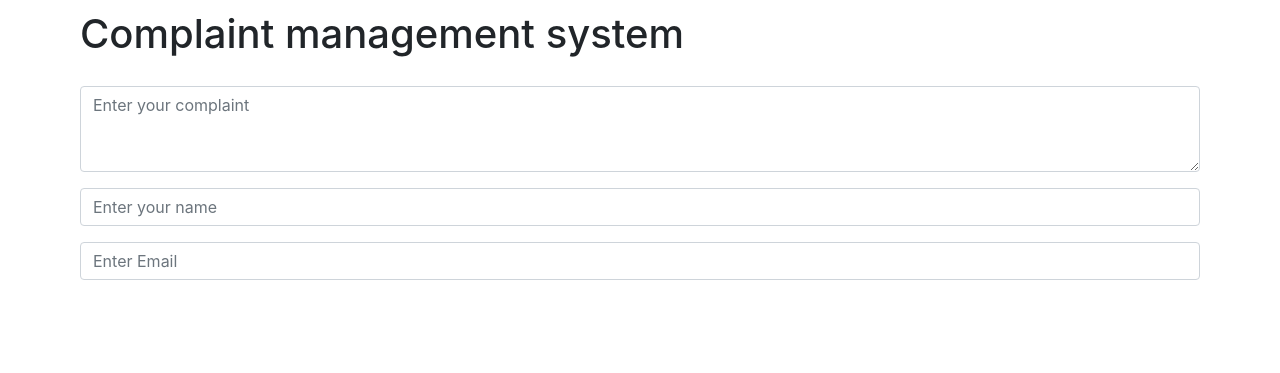
Repository: mkejeiri/Java-Entreprise
Page: http://localhost/complaintsystem/helloWorld
These files come from the project's save history. The page is drawn as it stood at one moment and after the next save; the edit follows.
The browser window is 1280 px wide. The pictures show the whole page.
The page is served by Tomcat 9.

Above is the page before, as saved 2018-05-10 19:23:46.

After the next save:
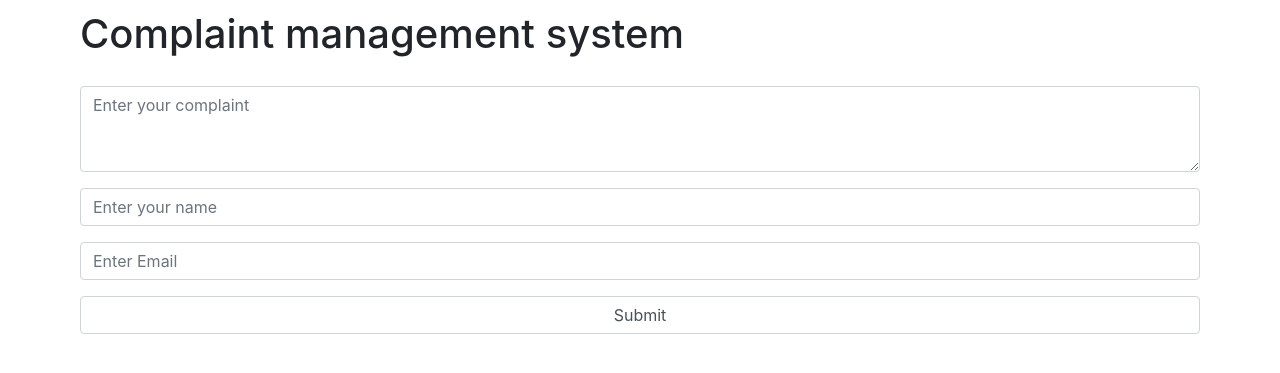
Saved 39 s later.
--- a/complaintsystem/complaintsystem/WebContent/WEB-INF/HelloWorld.jsp
+++ b/complaintsystem/complaintsystem/WebContent/WEB-INF/HelloWorld.jsp
@@ -27,6 +27,9 @@
 			<div class="form-group">
 			    <input type="email" class="form-control" name="email" placeholder="Enter Email">
 			</div>
+			<div class="form-group">
+			    <input type="submit" class="form-control" value="Submit">
+			</div>
 		</form>
 	</div>
 	<script src="https://code.jquery.com/jquery-3.3.1.slim.min.js" integrity="sha384-q8i/X+965DzO0rT7abK41JStQIAqVgRVzpbzo5smXKp4YfRvH+8abtTE1Pi6jizo" crossorigin="anonymous"></script>
